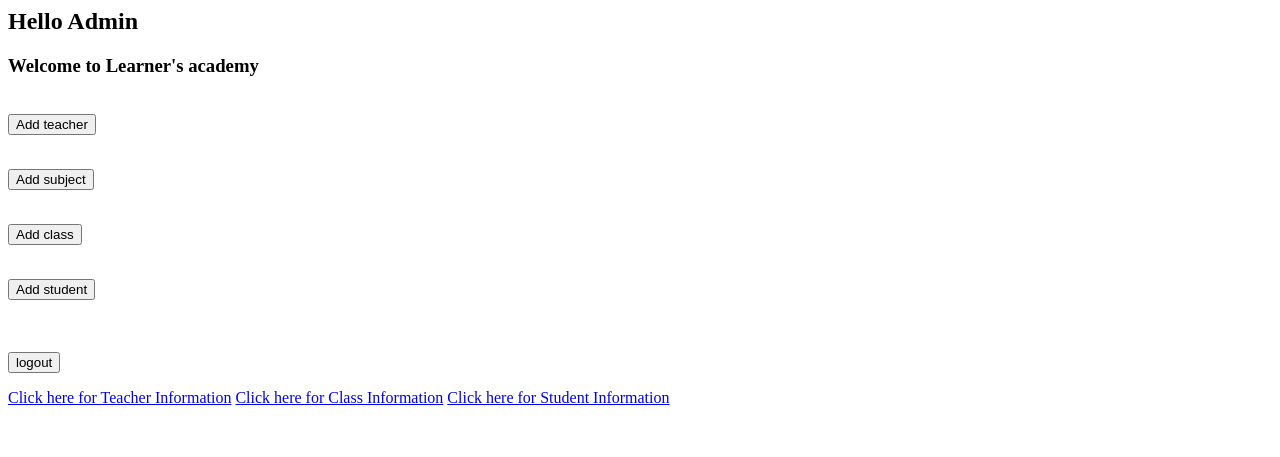
Repository: anithagnana123/Simplilearn_Phase2_project
Page: http://localhost/phase2-project/welcome
An editor plug-in stored every save of this project. The page is shown before and after a run of saves, followed by the edit.
The browser window is 1280 px wide. The pictures show the whole page.
The page is served by Tomcat 9.

Above is the page before, as saved 2022-10-19 11:35:32.

After the next 2 saves:
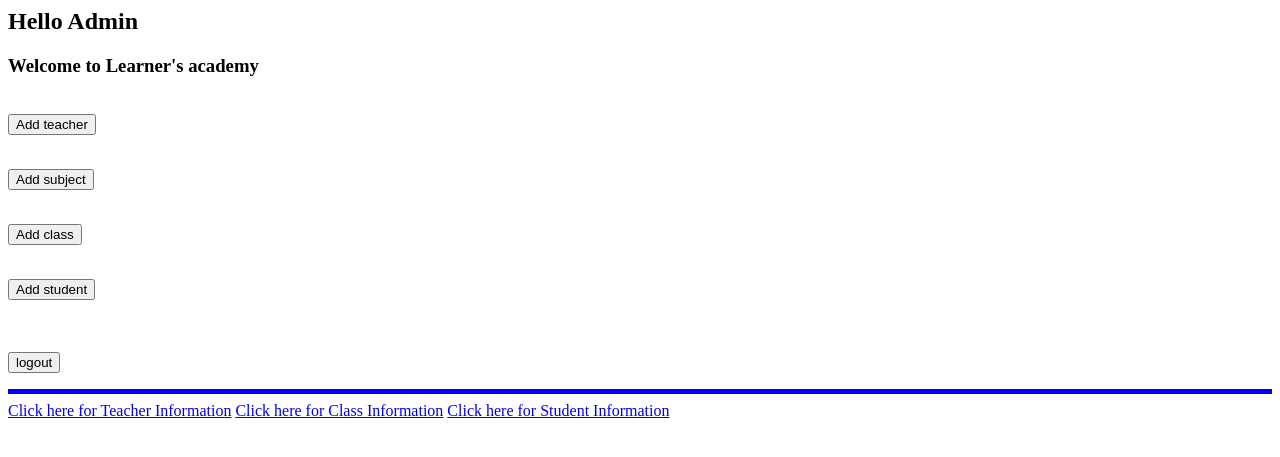
The 2 saves are shown as one change because 1 did not build or start.
The last was saved 66 s later.
--- a/phase2-project/src/main/java/com/simplilearn/workshop/WelcomeServlet.java
+++ b/phase2-project/src/main/java/com/simplilearn/workshop/WelcomeServlet.java
@@ -60,6 +60,7 @@ public class WelcomeServlet extends HttpServlet {
 	    out.println("<br> <input type='submit' value='logout'/>");
 	    out.println("</form>");
 
+	    out.println("<hr color='blue' size ='5'/>");
 	    out.println("<a href = \"teacher.html\">Click here for Teacher Information</a>");
 	    out.println("<a href = \"theclass.html\">Click here for Class Information</a>");
 	    out.println("<a href = \"student.html\">Click here for Student Information</a>");
